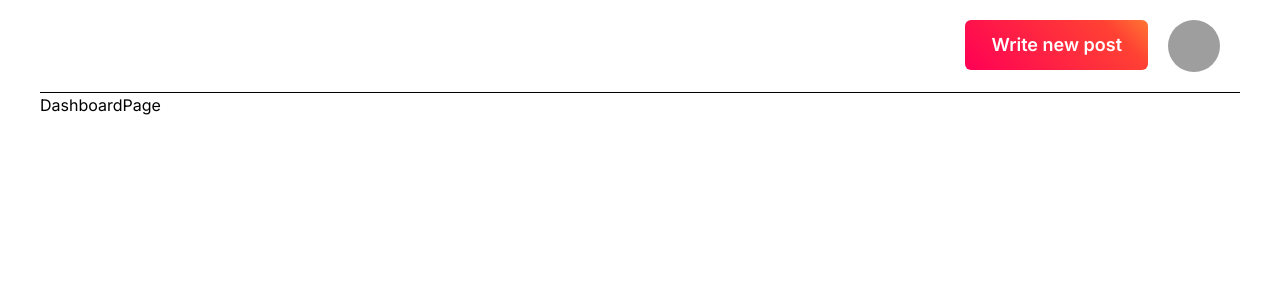
Repository: BrianPhamDev/Blog-App
Page: /dashboard
These files come from the project's save history. The page is drawn as it stood at one moment and after the next save; the edit follows.
The browser window is 1280 px wide. The pictures show the whole page.
Pictures or frames that could not be fetched are drawn as grey boxes. The project was rebuilt for these pictures with package versions that can differ from the ones it lists, and the page was loaded fresh each time. Also part of the build but not shown: src/pages/signUpPage/signUpPage.scss, src/components/label/label.scss, src/components/label/Label.js, src/components/input/input.scss, src/components/input/Input.js, src/components/input/InputPasswordToggle.js, src/components/input/index.js, src/pages/authenticationPage/authenticationPage.scss and 22 more. Imported but missing from the stored project, and not drawn on this page: src/components/icons.

Above is the page before, as saved 2023-08-02 17:11:07.

After the next save:
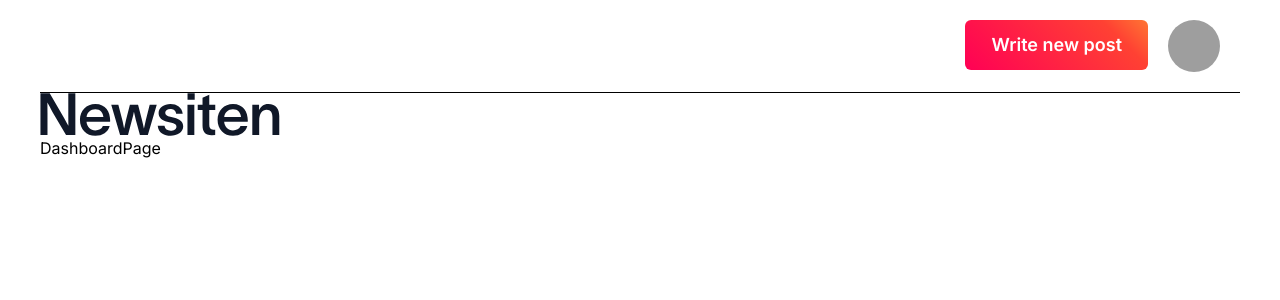
Saved 35 s later.
--- a/src/module/dashboard/Sidebar.js
+++ b/src/module/dashboard/Sidebar.js
@@ -109,7 +109,7 @@ const Sidebar = ({ children }) => {
   return (
     <div className="sidebar-wrapper">
       <div className="sidebar-logo">
-        <img src="" alt="" />
+        <img src="./Logo.svg" alt="Newsiten" className="header-logo" />
       </div>
     </div>
   );
